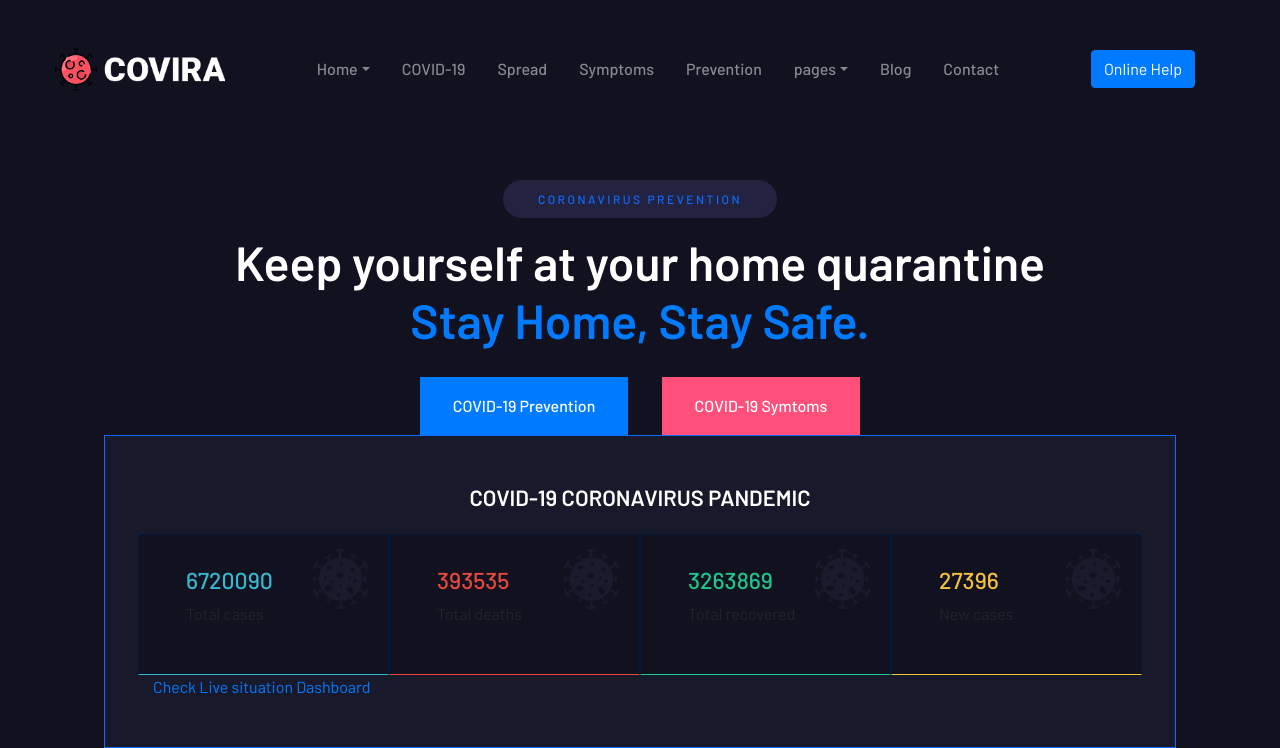
Repository: sitikhusushan/corona_updates
Page: index.html
The author's editor kept a copy of each file at every save. The page is drawn from the files as they stood at one save, then again after the next save.
The browser window is 1280 px wide. The pictures show the whole page.

Above is the page before, as saved 2020-06-06 12:14:02.

After the next save:
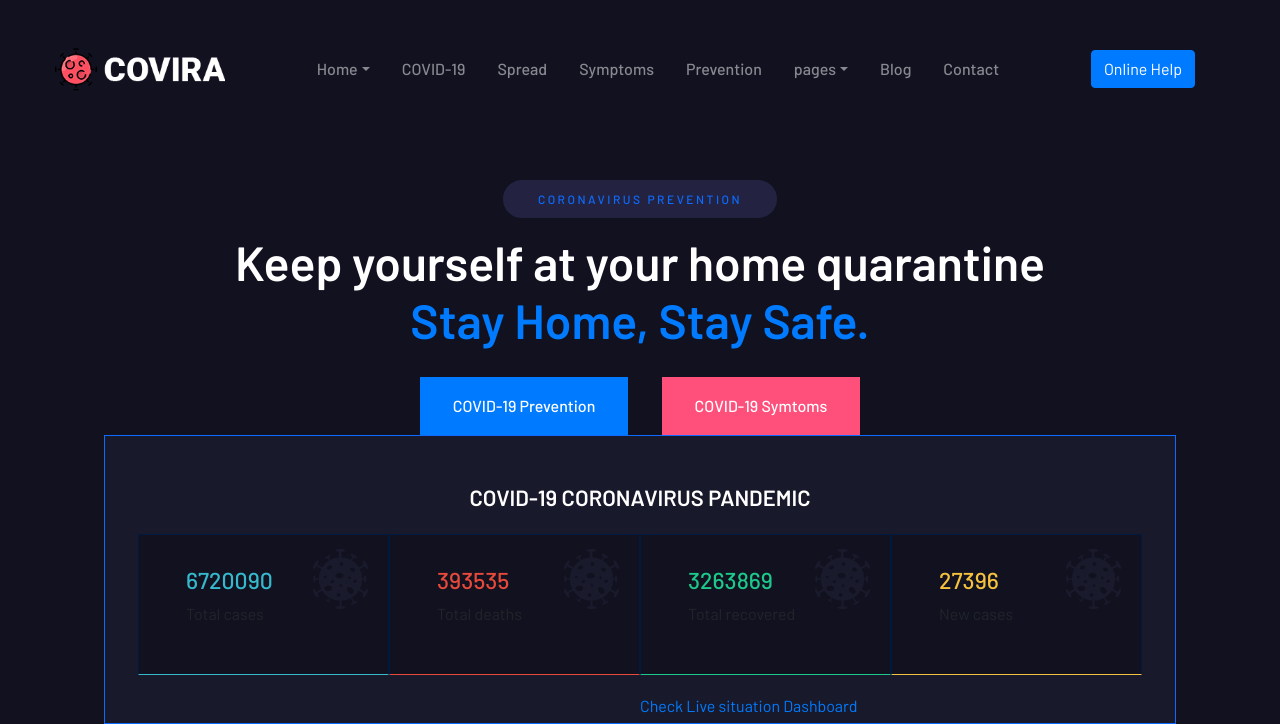
Saved 33 s later.
--- a/style.css
+++ b/style.css
@@ -192,17 +192,11 @@ h3 {
   color: #f6c23e;
 }
 
-/* .dashboard .container .situation {
+.dashboard .container .situation {
   position: absolute;
   top: 90%;
   left: 50%;
   right: 0%;
-  color: red;
-} */
-
-.dashboard span .situation {
-  text-align: center;
-  text-justify: underline;
 }
 
 @font-face {
